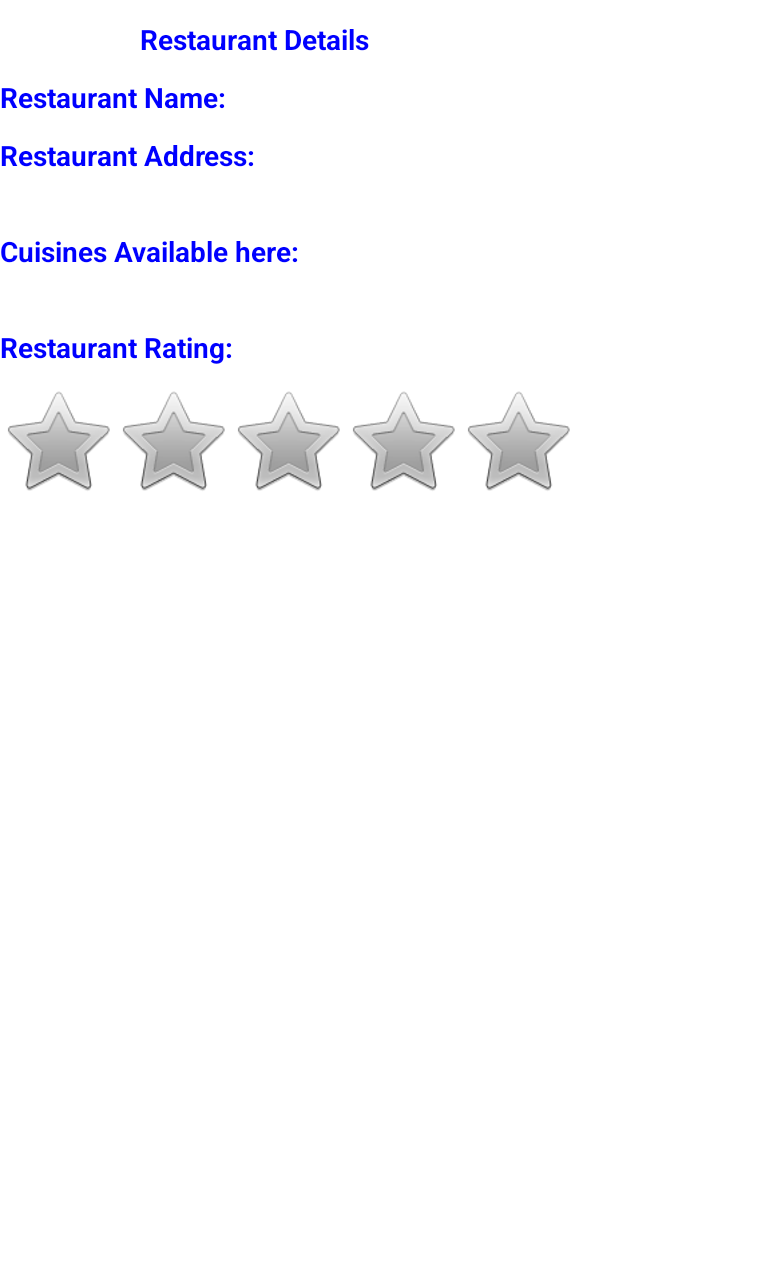
Repository: Mihir-Webonise/AllAndroidAssignments
Layout: ZomatoAssignment/res/layout/restaurantdetails.xml
An editor plug-in stored every save of this project. The layout is shown before and after the next save, followed by the edit.
It is drawn on a 768 x 1280 px phone screen (xhdpi) without system bars, with theme android:Theme; the app's code is not run.

Above is the layout before, as saved 2012-06-29 13:19:11.

### ZomatoAssignment/res/layout/restaurantdetails.xml
<?xml version="1.0" encoding="utf-8"?>
<LinearLayout xmlns:android="http://schemas.android.com/apk/res/android"
    android:layout_width="match_parent"
    android:layout_height="match_parent"
    android:background="@android:color/white"
    android:orientation="vertical"
    android:color="#ffff0000" >

    <TextView
        android:id="@+id/textViewRestaurantDetailslbl"
        android:layout_width="wrap_content"
        android:layout_height="wrap_content"
        android:layout_marginLeft="70dp"
        android:layout_marginTop="10dp"
        android:text="Restaurant Details "
        android:textColor="#0000ff"
        android:textStyle="bold" />

    <LinearLayout
        android:layout_width="fill_parent"
        android:layout_height="wrap_content"
        android:orientation="horizontal" >

        <TextView
            android:id="@+id/textViewRestaurantNamelbl"
            android:layout_width="wrap_content"
            android:layout_height="wrap_content"
            android:layout_marginTop="10dp"
            android:text="Restaurant Name: "
            android:textColor="#0000ff"
            android:textStyle="bold" />

        <TextView
            android:id="@+id/textViewRestaurantNamevalue"
            android:layout_width="wrap_content"
            android:layout_height="wrap_content"
            android:text=""
            android:textColor="#ff0000"
            android:textStyle="bold" />
    </LinearLayout>

    <TextView
        android:id="@+id/textViewRestaurantAddresslbl"
        android:layout_width="wrap_content"
        android:layout_height="wrap_content"
        android:layout_marginTop="10dp"
        android:text="Restaurant Address: "
        android:textColor="#0000ff"
        android:textStyle="bold" />

    <TextView
        android:id="@+id/textViewRestaurantAddressvalue"
        android:layout_width="wrap_content"
        android:layout_height="wrap_content"
        android:text=""
        android:textColor="#ff0000"
        android:textStyle="bold" />

    <TextView
        android:id="@+id/textViewRestaurantCuisineslbl"
        android:layout_width="wrap_content"
        android:layout_height="wrap_content"
        android:layout_marginTop="10dp"
        android:text="Cuisines Available here: "
        android:textColor="#0000ff"
        android:textStyle="bold" />

    <TextView
        android:id="@+id/textViewRestaurantCuisinesvalue"
        android:layout_width="wrap_content"
        android:layout_height="wrap_content"
        android:text=""
        android:textColor="#ff0000"
        android:textStyle="bold" />

    <LinearLayout
        android:layout_width="fill_parent"
        android:layout_height="wrap_content"
        android:orientation="horizontal" >

        <TextView
            android:id="@+id/textViewRestaurantRatinglbl"
            android:layout_width="wrap_content"
            android:layout_height="wrap_content"
            android:layout_marginTop="10dp"
            android:text="Restaurant Rating: "
            android:textColor="#0000ff"
            android:textStyle="bold" />

        <TextView
            android:id="@+id/textViewRestaurantRatingvalue"
            android:layout_width="wrap_content"
            android:layout_height="wrap_content"
            android:text=""
            android:textColor="#ff0000"
            android:textStyle="bold" />
    </LinearLayout>

    <RatingBar
        android:id="@+id/restaurantRatingBar"
        android:layout_width="wrap_content"
        android:layout_height="wrap_content"
        android:layout_marginTop="10dp"
        android:numStars="5"
        android:stepSize="1.0" />

</LinearLayout>

After the next save:
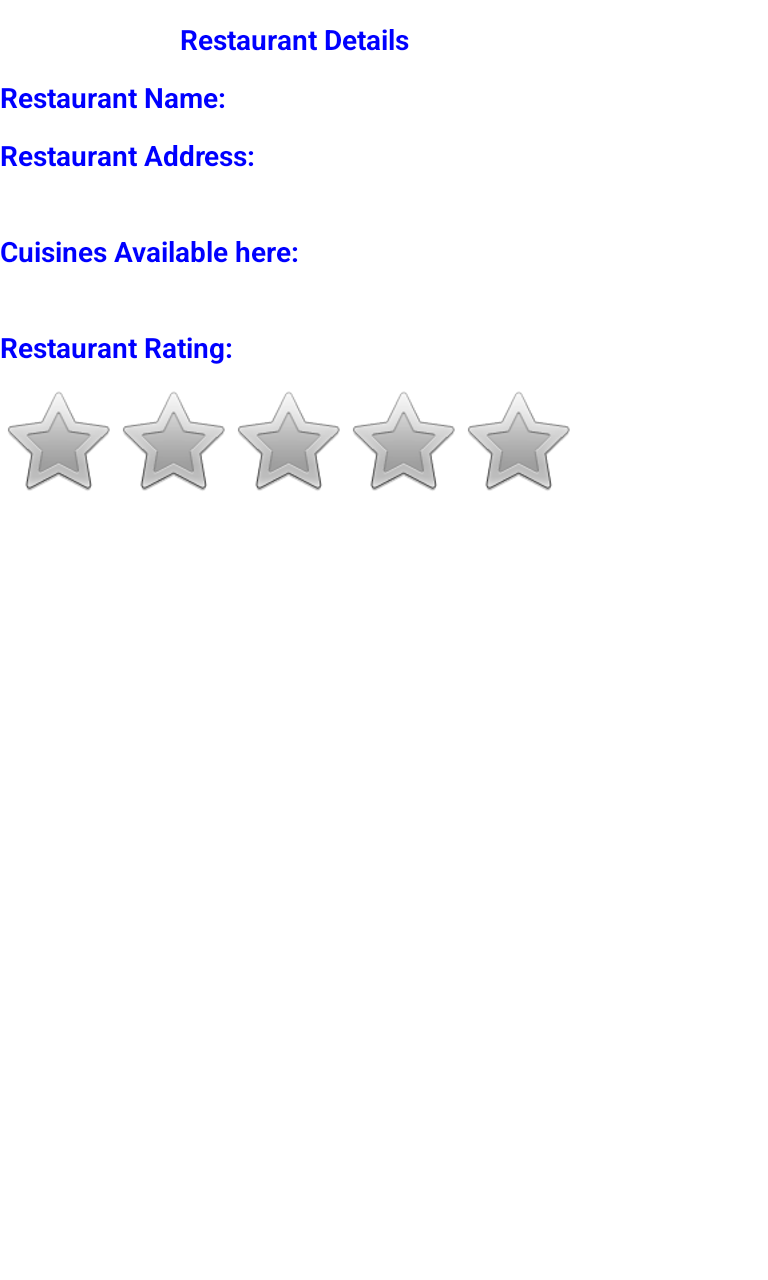
Saved 14 s later.
--- a/ZomatoAssignment/res/layout/restaurantdetails.xml
+++ b/ZomatoAssignment/res/layout/restaurantdetails.xml
@@ -10,7 +10,7 @@
         android:id="@+id/textViewRestaurantDetailslbl"
         android:layout_width="wrap_content"
         android:layout_height="wrap_content"
-        android:layout_marginLeft="70dp"
+        android:layout_marginLeft="90dp"
         android:layout_marginTop="10dp"
         android:text="Restaurant Details "
         android:textColor="#0000ff"
